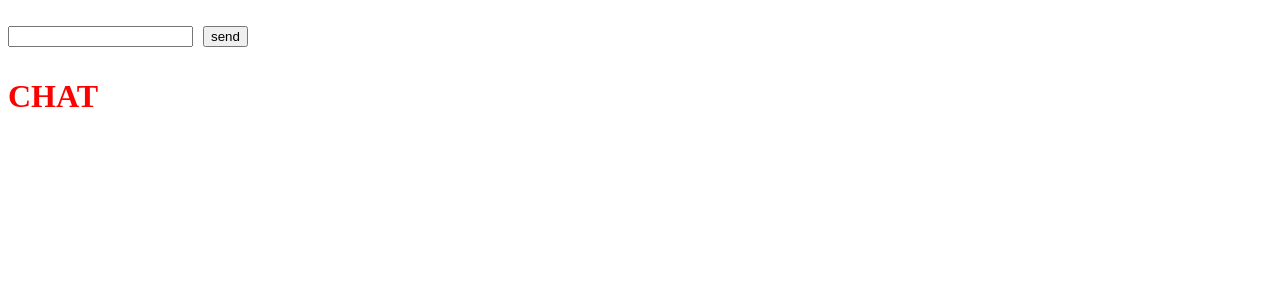
Repository: RiteshK555/chat-app
Page: index.html
These files come from the project's save history. The page is drawn as it stood at one moment and after a run of saves; the edit follows.
The browser window is 1280 px wide. The pictures show the whole page.

Above is the page before, as saved 2021-09-24 23:24:01.

After the next 2 saves:
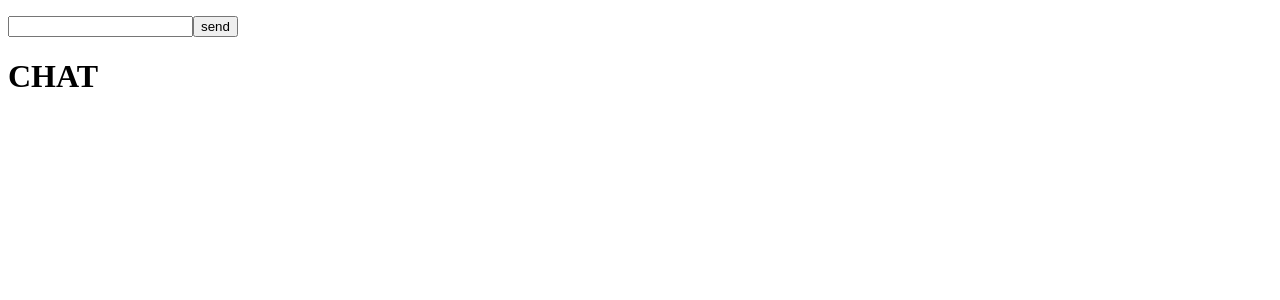
The 2 saves are shown as one change because they came seconds apart.
The last was saved 40 s later.
--- a/index.html
+++ b/index.html
@@ -10,7 +10,7 @@
         <title>CHAT</title>
         <meta name="description" content="">
         <meta name="viewport" content="width=device-width, initial-scale=1">
-        <link rel="stylesheet" type="text/css" href="./styles.css">
+        <link rel="stylesheet" type="text/css" href="./">
     </head>
     <body>
     <ul id="messages"></ul>

After the save that followed:
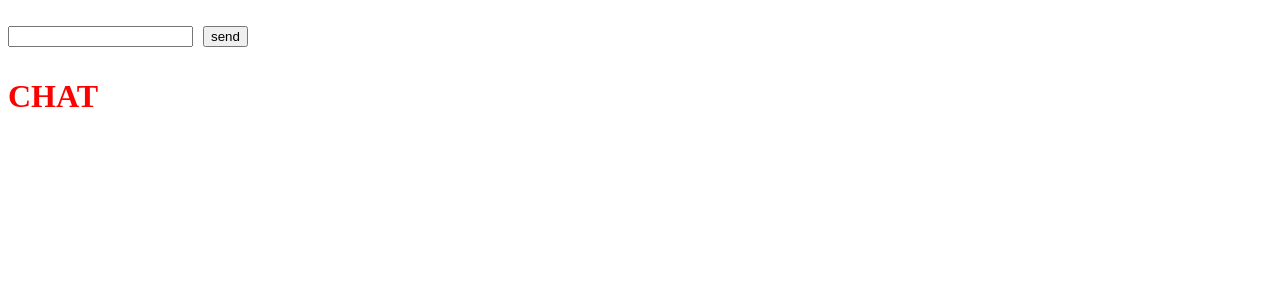
Saved 7 s later.
--- a/index.html
+++ b/index.html
@@ -10,7 +10,7 @@
         <title>CHAT</title>
         <meta name="description" content="">
         <meta name="viewport" content="width=device-width, initial-scale=1">
-        <link rel="stylesheet" type="text/css" href="./">
+        <link rel="stylesheet" type="text/css" href="./styles.css">
     </head>
     <body>
     <ul id="messages"></ul>
